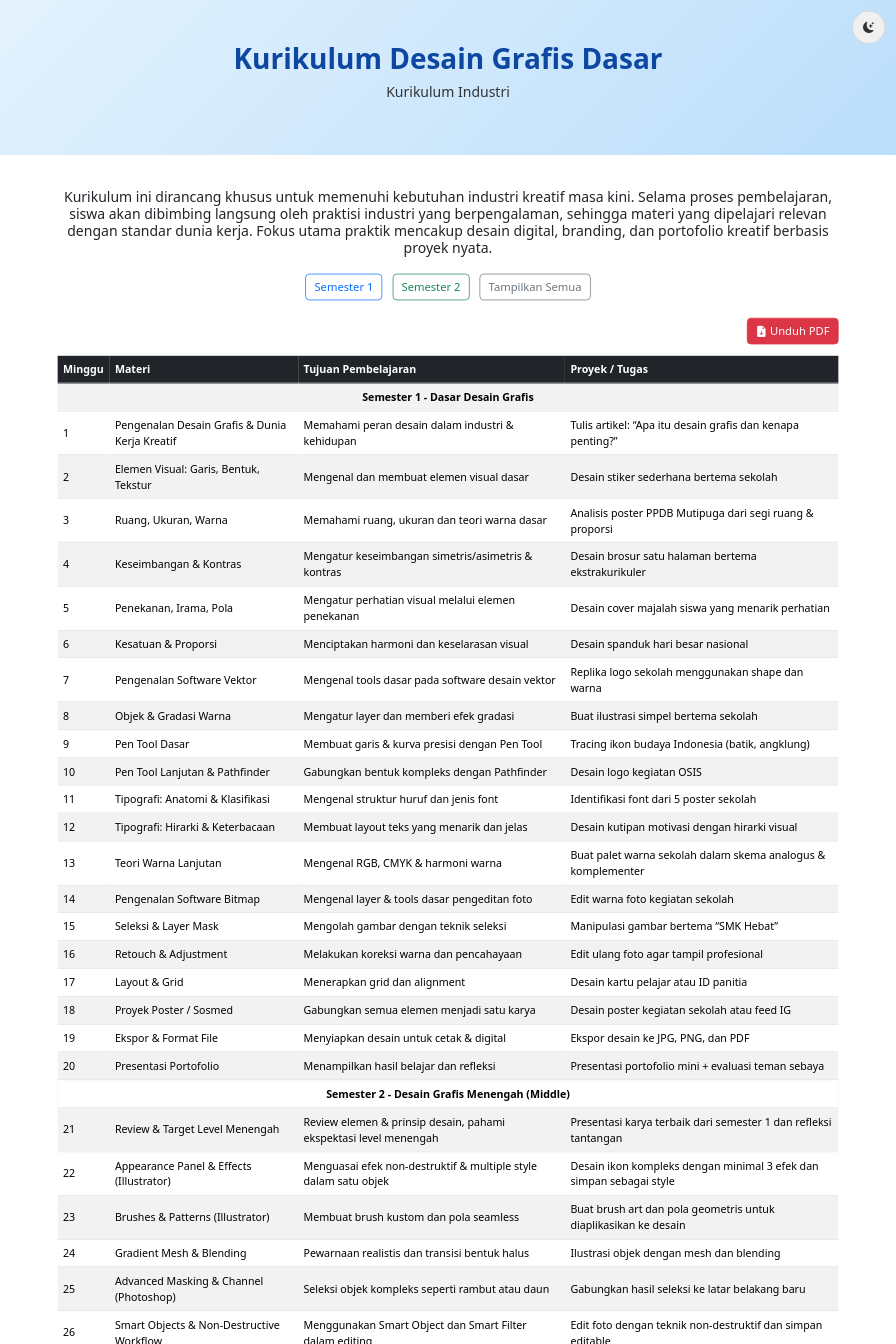
Repository: ppdbsmkmutipuga/kurikulumdesain
Page: index.html
These files come from the project's save history. The page is drawn as it stood at one moment and after the next save; the edit follows.
The browser window is 1280 px wide. The pictures show the part of the page from y = 0 to 1920 px (the page is 2901 px tall before and 2957 px after), at 70% of full size.

Above is the page before, as saved 2025-07-01 05:17:10.

### index.html
<!DOCTYPE html>
<html lang="id">

<head>
    <meta charset="UTF-8" />
    <meta name="viewport" content="width=device-width, initial-scale=1.0" />
    <title>Kurikulum Desain Grafis - SMK Mutipuga</title>
    <link href="https://cdn.jsdelivr.net/npm/bootstrap@5.3.3/dist/css/bootstrap.min.css" rel="stylesheet" />
    <link href="https://cdnjs.cloudflare.com/ajax/libs/aos/2.3.4/aos.css" rel="stylesheet" />
    <link href="https://cdn.jsdelivr.net/npm/bootstrap-icons@1.10.5/font/bootstrap-icons.css" rel="stylesheet">
    <link rel="stylesheet" href="style.css">
    <script src="https://cdnjs.cloudflare.com/ajax/libs/html2pdf.js/0.10.1/html2pdf.bundle.min.js"></script>

</head>

<body>
    <button class="btn btn-outline-dark mode-toggle" onclick="toggleMode()">
        <i class="bi bi-moon-stars-fill"></i>
    </button>

    <!-- Hero Section -->
    <section class="hero" data-aos="fade-down">
        <div class="container">
            <h1>Kurikulum Desain Grafis Dasar</h1>
            <p class="lead">Kurikulum Industri</p>
        </div>
    </section>

    <!-- Table Section -->
    <section class="container my-5" data-aos="fade-up">
        <h5 class="section-title text-center">
            Kurikulum ini dirancang khusus untuk memenuhi kebutuhan industri kreatif masa kini.
            Selama proses pembelajaran, siswa akan dibimbing langsung oleh praktisi industri yang berpengalaman,
            sehingga materi yang dipelajari relevan dengan standar dunia kerja.
            Fokus utama praktik mencakup desain digital, branding, dan portofolio kreatif berbasis proyek nyata.
        </h5>

        <div class="filter-buttons">
            <button class="btn btn-outline-primary" onclick="filterSemester(1)">Semester 1</button>
            <button class="btn btn-outline-success" onclick="filterSemester(2)">Semester 2</button>
            <button class="btn btn-outline-secondary" onclick="filterSemester(0)">Tampilkan Semua</button>
        </div>
        <div class="text-end my-3">
            <button class="btn btn-danger" onclick="downloadPDF()">
                <i class="bi bi-file-earmark-arrow-down-fill"></i> Unduh PDF
            </button>
        </div>

        <div id="pdf-content">
            <div class="table-container">
                <div class="table-responsive">
                    <table class="table table-striped table-hover align-middle mb-0" id="kurikulumTable">
                        <thead class="table-dark">
                            <tr>
                                <th scope="col">Minggu</th>
                                <th scope="col">Materi</th>
                                <th scope="col">Tujuan Pembelajaran</th>
                                <th scope="col">Proyek / Tugas</th>
                            </tr>
                        </thead>
                        <tbody>

                            <!-- Data rows akan di-load lewat JS -->
                        </tbody>
                    </table>
                </div>
            </div>
    </section>

    <!-- Footer -->
    <footer>
        &copy; 2025 SMK Muhammadiyah 3 Pucang Gading
    </footer>

    <!-- Scripts -->
    <script src="https://cdn.jsdelivr.net/npm/bootstrap@5.3.3/dist/js/bootstrap.bundle.min.js"></script>
    <script src="https://cdnjs.cloudflare.com/ajax/libs/aos/2.3.4/aos.js"></script>
    <script src="script.js"></script>
</body>

</html>

### style.css
/* =========================
   HERO SECTION
========================= */
.hero {
  padding: 60px 0;
  background: linear-gradient(135deg, #e3f2fd, #bbdefb);
  text-align: center;
}

.hero h1 {
  font-weight: 700;
  font-size: 2.5rem;
  color: #0d47a1;
}

.hero p {
  font-size: 1.25rem;
  color: #333;
}

body.bg-dark .hero {
  background: linear-gradient(135deg, #1e1e1e, #2c2c2c);
}

body.bg-dark .hero h1 {
  color: #90caf9;
}

body.bg-dark .hero p {
  color: #cccccc;
}

/* =========================
   FILTER BUTTONS
========================= */
.filter-buttons {
  text-align: center;
  margin: 20px 0;
}

.filter-buttons .btn {
  margin: 5px;
}

body.bg-dark .btn-outline-primary {
  color: #90caf9;
  border-color: #90caf9;
}

body.bg-dark .btn-outline-success {
  color: #81c784;
  border-color: #81c784;
}

body.bg-dark .btn-outline-secondary {
  color: #b0bec5;
  border-color: #b0bec5;
}

/* =========================
   TABLE SECTION
========================= */
.table-container {
  overflow-x: auto;
}

.table th,
.table td {
  vertical-align: middle !important;
  font-size: 0.95rem;
}

/* Baris header semester (custom row) */
.table .table-header-row {
  background-color: #cce5ff;
  font-weight: 600;
  text-align: center;
}

body.bg-dark .table .table-header-row {
  background-color: #2c3e50;
  color: #ffffff !important;
}

/* DARK MODE TABLE FIX */
body.bg-dark .table,
body.bg-dark .table td,
body.bg-dark .table th {
  color: #f1f1f1 !important;
  background-color: transparent !important;
  opacity: 1 !important;
}

body.bg-dark .table-striped tbody tr:nth-of-type(odd) {
  background-color: #2c2c2c !important;
}

body.bg-dark .table-striped tbody tr:nth-of-type(even) {
  background-color: #1a1a1a !important;
}

body.bg-dark .table-hover tbody tr:hover {
  background-color: #3a3a3a !important;
}

body.bg-dark .table thead th {
  background-color: #111 !important;
  color: #fff !important;
  border-color: #444 !important;
}

body.bg-dark .table-primary {
  background-color: #455a64 !important;
  color: #fff !important;
}

/* =========================
   FOOTER
========================= */
footer {
  padding: 20px;
  text-align: center;
  background-color: #f1f1f1;
  margin-top: 50px;
  font-size: 0.9rem;
  color: #333;
}

body.bg-dark footer {
  background-color: #1e1e1e;
  color: #e0e0e0;
}

/* =========================
   MODE TOGGLE BUTTON
========================= */
.mode-toggle {
  position: fixed;
  top: 15px;
  right: 15px;
  z-index: 1000;
  border-radius: 50%;
  width: 48px;
  height: 48px;
  display: flex;
  align-items: center;
  justify-content: center;
  background-color: #f0f0f0;
  color: #333;
  border: 1px solid #ccc;
}

/* Header tabel semester */
.table-header-row {
  background-color: #cce5ff;
  /* mode terang */
  color: #0d47a1;
}

/* Ubah header semester agar lebih gelap dan teks lebih jelas di dark mode */
body.bg-dark .table-header-row {
  background-color: #37474f;
  /* warna gelap yang elegan */
  color: #ffffff;
}

body.bg-dark .mode-toggle {
  background-color: #333;
  color: #fff;
  border: 1px solid #666;
}

/* Footer default */
footer {
  padding: 20px;
  text-align: center;
  background-color: #f1f1f1;
  margin-top: 50px;
  font-size: 0.9rem;
  color: #333;
}

/* Footer saat dark mode */
body.bg-dark footer {
  background-color: #1e1e1e;
  color: #ccc;
}


/* =========================
   RESPONSIVE
========================= */
@media (max-width: 768px) {
  .hero h1 {
    font-size: 1.8rem;
  }

  .hero p {
    font-size: 1rem;
  }

  .table th,
  .table td {
    font-size: 0.85rem;
  }
}

@media (max-width: 576px) {
  .mode-toggle {
    width: 40px;
    height: 40px;
  }

  .hero {
    padding: 40px 0;
  }
}

@media print {
  body {
    background: #fff !important;
    color: #000 !important;
  }

  .mode-toggle,
  .filter-buttons,
  footer {
    display: none !important;
  }

  .table th,
  .table td {
    font-size: 0.75rem;
  }
}

@media print {

  html,
  body {
    width: 210mm;
    height: 297mm;
    margin: 0;
    padding: 0;
    overflow: hidden;
    zoom: 0.75;
    /* Sesuaikan skala agar muat ke PDF */
  }

  .table-container {
    overflow: visible !important;
  }

  .table-responsive {
    overflow: visible !important;
  }

  table {
    table-layout: fixed;
    width: 100% !important;
    word-wrap: break-word;
  }

  .table td,
  .table th {
    font-size: 10pt !important;
    padding: 6px 8px;
    white-space: normal !important;
  }

  .filter-buttons,
  .mode-toggle,
  footer {
    display: none !important;
  }
}

### script.js
// Inisialisasi animasi AOS
AOS.init();

// Data lengkap Week 1–40
const tableData = [
    { week: 'Semester 1 - Dasar Desain Grafis', isHeader: true, semester: 1 },
    { week: 1, materi: 'Pengenalan Desain Grafis & Dunia Kerja Kreatif', tujuan: 'Memahami peran desain dalam industri & kehidupan', tugas: 'Tulis artikel: “Apa itu desain grafis dan kenapa penting?”', semester: 1 },
    { week: 2, materi: 'Elemen Visual: Garis, Bentuk, Tekstur', tujuan: 'Mengenal dan membuat elemen visual dasar', tugas: 'Desain stiker sederhana bertema sekolah', semester: 1 },
    { week: 3, materi: 'Ruang, Ukuran, Warna', tujuan: 'Memahami ruang, ukuran dan teori warna dasar', tugas: 'Analisis poster PPDB Mutipuga dari segi ruang & proporsi', semester: 1 },
    { week: 4, materi: 'Keseimbangan & Kontras', tujuan: 'Mengatur keseimbangan simetris/asimetris & kontras', tugas: 'Desain brosur satu halaman bertema ekstrakurikuler', semester: 1 },
    { week: 5, materi: 'Penekanan, Irama, Pola', tujuan: 'Mengatur perhatian visual melalui elemen penekanan', tugas: 'Desain cover majalah siswa yang menarik perhatian', semester: 1 },
    { week: 6, materi: 'Kesatuan & Proporsi', tujuan: 'Menciptakan harmoni dan keselarasan visual', tugas: 'Desain spanduk hari besar nasional', semester: 1 },
    { week: 7, materi: 'Pengenalan Software Vektor', tujuan: 'Mengenal tools dasar pada software desain vektor', tugas: 'Replika logo sekolah menggunakan shape dan warna', semester: 1 },
    { week: 8, materi: 'Objek & Gradasi Warna', tujuan: 'Mengatur layer dan memberi efek gradasi', tugas: 'Buat ilustrasi simpel bertema sekolah', semester: 1 },
    { week: 9, materi: 'Pen Tool Dasar', tujuan: 'Membuat garis & kurva presisi dengan Pen Tool', tugas: 'Tracing ikon budaya Indonesia (batik, angklung)', semester: 1 },
    { week: 10, materi: 'Pen Tool Lanjutan & Pathfinder', tujuan: 'Gabungkan bentuk kompleks dengan Pathfinder', tugas: 'Desain logo kegiatan OSIS', semester: 1 },
    { week: 11, materi: 'Tipografi: Anatomi & Klasifikasi', tujuan: 'Mengenal struktur huruf dan jenis font', tugas: 'Identifikasi font dari 5 poster sekolah', semester: 1 },
    { week: 12, materi: 'Tipografi: Hirarki & Keterbacaan', tujuan: 'Membuat layout teks yang menarik dan jelas', tugas: 'Desain kutipan motivasi dengan hirarki visual', semester: 1 },
    { week: 13, materi: 'Teori Warna Lanjutan', tujuan: 'Mengenal RGB, CMYK & harmoni warna', tugas: 'Buat palet warna sekolah dalam skema analogus & komplementer', semester: 1 },
    { week: 14, materi: 'Pengenalan Software Bitmap', tujuan: 'Mengenal layer & tools dasar pengeditan foto', tugas: 'Edit warna foto kegiatan sekolah', semester: 1 },
    { week: 15, materi: 'Seleksi & Layer Mask', tujuan: 'Mengolah gambar dengan teknik seleksi', tugas: 'Manipulasi gambar bertema “SMK Hebat”', semester: 1 },
    { week: 16, materi: 'Retouch & Adjustment', tujuan: 'Melakukan koreksi warna dan pencahayaan', tugas: 'Edit ulang foto agar tampil profesional', semester: 1 },
    { week: 17, materi: 'Layout & Grid', tujuan: 'Menerapkan grid dan alignment', tugas: 'Desain kartu pelajar atau ID panitia', semester: 1 },
    { week: 18, materi: 'Proyek Poster / Sosmed', tujuan: 'Gabungkan semua elemen menjadi satu karya', tugas: 'Desain poster kegiatan sekolah atau feed IG', semester: 1 },
    { week: 19, materi: 'Ekspor & Format File', tujuan: 'Menyiapkan desain untuk cetak & digital', tugas: 'Ekspor desain ke JPG, PNG, dan PDF', semester: 1 },
    { week: 20, materi: 'Presentasi Portofolio', tujuan: 'Menampilkan hasil belajar dan refleksi', tugas: 'Presentasi portofolio mini + evaluasi teman sebaya', semester: 1 },
    { week: 'Semester 2 - Desain Grafis Menengah (Middle)', isHeader: true, semester: 2 },
    { week: 21, materi: 'Review & Target Level Menengah', tujuan: 'Review elemen & prinsip desain, pahami ekspektasi level menengah', tugas: 'Presentasi karya terbaik dari semester 1 dan refleksi tantangan', semester: 2 },
    { week: 22, materi: 'Appearance Panel & Effects (Illustrator)', tujuan: 'Menguasai efek non-destruktif & multiple style dalam satu objek', tugas: 'Desain ikon kompleks dengan minimal 3 efek dan simpan sebagai style', semester: 2 },
    { week: 23, materi: 'Brushes & Patterns (Illustrator)', tujuan: 'Membuat brush kustom dan pola seamless', tugas: 'Buat brush art dan pola geometris untuk diaplikasikan ke desain', semester: 2 },
    { week: 24, materi: 'Gradient Mesh & Blending', tujuan: 'Pewarnaan realistis dan transisi bentuk halus', tugas: 'Ilustrasi objek dengan mesh dan blending', semester: 2 },
    { week: 25, materi: 'Advanced Masking & Channel (Photoshop)', tujuan: 'Seleksi objek kompleks seperti rambut atau daun', tugas: 'Gabungkan hasil seleksi ke latar belakang baru', semester: 2 },
    { week: 26, materi: 'Smart Objects & Non-Destructive Workflow', tujuan: 'Menggunakan Smart Object dan Smart Filter dalam editing', tugas: 'Edit foto dengan teknik non-destruktif dan simpan editable', semester: 2 },
    { week: 27, materi: 'Compositing & Manipulasi Foto', tujuan: 'Gabungkan beberapa gambar menjadi satu komposisi yang harmonis', tugas: 'Buat karya bertema surealis/fantasi dengan minimal 3 gambar', semester: 2 },
    { week: 28, materi: 'Font Pairing & Hirarki Tipografi Lanjut', tujuan: 'Gunakan kombinasi font yang efektif dan hirarki teks yang kompleks', tugas: 'Desain halaman majalah atau web dengan 3 level teks dan font pairing', semester: 2 },
    { week: 29, materi: 'Typographic Grid & Readability', tujuan: 'Menggunakan grid dan memahami keterbacaan teks panjang', tugas: 'Rancang ulang artikel agar lebih rapi dan nyaman dibaca', semester: 2 },
    { week: 30, materi: 'Psikologi Warna & Palet Kustom', tujuan: 'Pahami pengaruh warna terhadap persepsi', tugas: 'Buat 2 palet warna untuk brand fiktif, berikan justifikasi', semester: 2 },
    { week: 31, materi: 'Logo & Identitas Visual Dasar', tujuan: 'Pahami jenis-jenis logo dan elemen visual', tugas: 'Analisis logo UKM lokal dan berikan saran pengembangan', semester: 2 },
    { week: 32, materi: 'Logo Variasi & Style Guide Dasar', tujuan: 'Desain versi logo berbeda dan panduan penggunaannya', tugas: 'Buat minimal 3 versi logo + 1 halaman style guide sederhana', semester: 2 },
    { week: 33, materi: 'InDesign: Master Pages', tujuan: 'Mengenal interface dan penggunaan master page', tugas: 'Desain dokumen 4 halaman dengan elemen tetap', semester: 2 },
    { week: 34, materi: 'InDesign: Styles & Text Flow', tujuan: 'Membuat paragraph styles dan mengatur aliran teks', tugas: 'Desain artikel dummy dengan text threading dan paragraph styles', semester: 2 },
    { week: 35, materi: 'UI/UX Design Principles', tujuan: 'Memahami prinsip dasar usability dan perbedaan UI/UX', tugas: 'Analisis aplikasi populer dan evaluasi prinsip usability-nya', semester: 2 },
    { week: 36, materi: 'Desain Elemen UI Dasar', tujuan: 'Desain tombol, form, dan komponen lain dengan berbagai state', tugas: 'Buat set UI: tombol, form, card dengan tampilan konsisten', semester: 2 },
    { week: 37, materi: 'Brief, Riset & Moodboard', tujuan: 'Menganalisis brief dan membuat visual moodboard', tugas: 'Buat moodboard untuk proyek branding fiktif', semester: 2 },
    { week: 38, materi: 'Proyek Integratif', tujuan: 'Menggabungkan semua skill dalam satu proyek besar', tugas: 'Lanjutkan proyek branding/brosur/UI berdasarkan brief', semester: 2 },
    { week: 39, materi: 'Print & Web Optimization', tujuan: 'Optimalkan file desain untuk cetak dan web', tugas: 'Ekspor proyek ke versi cetak (PDF) dan digital (JPG/PNG)', semester: 2 },
    { week: 40, materi: 'Portfolio Review & Karir', tujuan: 'Review proyek akhir dan diskusi karir desain', tugas: 'Presentasikan proyek akhir + 3–5 karya untuk portofolio mini', semester: 2 },
];

const tbody = document.querySelector('#kurikulumTable tbody');

function renderTable(filter) {
    tbody.innerHTML = '';
    let hasPrintedSemester1Header = false;
    let hasPrintedSemester2Header = false;
    tableData.forEach(row => {
        if (filter === 0 || row.semester === filter || row.isHeader) {
            if (row.isHeader) {
                if ((filter === 1 && row.semester === 1 && !hasPrintedSemester1Header) ||
                    (filter === 2 && row.semester === 2 && !hasPrintedSemester2Header) ||
                    filter === 0) {
                    const tr = document.createElement('tr');
                    tr.className = 'table-header-row text-center fw-bold';
                    const td = document.createElement('td');
                    td.setAttribute('colspan', 4);
                    td.textContent = row.week;
                    tr.appendChild(td);
                    tbody.appendChild(tr);
                    if (row.semester === 1) hasPrintedSemester1Header = true;
                    if (row.semester === 2) hasPrintedSemester2Header = true;
                }
            } else {
                if (filter === 0 || row.semester === filter) {
                    const tr = document.createElement('tr');
                    tr.innerHTML = `
            <td>${row.week}</td>
            <td>${row.materi}</td>
            <td>${row.tujuan}</td>
            <td>${row.tugas}</td>
          `;
                    tbody.appendChild(tr);
                }
            }
        }
    });
}

function filterSemester(semester) {
    renderTable(semester);
}

function toggleMode() {
    document.body.classList.toggle('bg-dark');
    document.body.classList.toggle('text-white');
}

renderTable(0);


function downloadPDF() {
    const element = document.getElementById("pdf-content");
    const opt = {
        margin: 0.2,
        filename: "kurikulum-desain-grafis.pdf",
        image: { type: "jpeg", quality: 0.98 },
        html2canvas: {
            scale: 3,        // Lebih tajam
            useCORS: true,   // Jika ada gambar
            allowTaint: true
        },
        jsPDF: {
            unit: "mm",
            format: "a4",
            orientation: "portrait"
        },
        pagebreak: { mode: ['avoid-all', 'css', 'legacy'] }
    };
    html2pdf().set(opt).from(element).save();
}

After the next save:
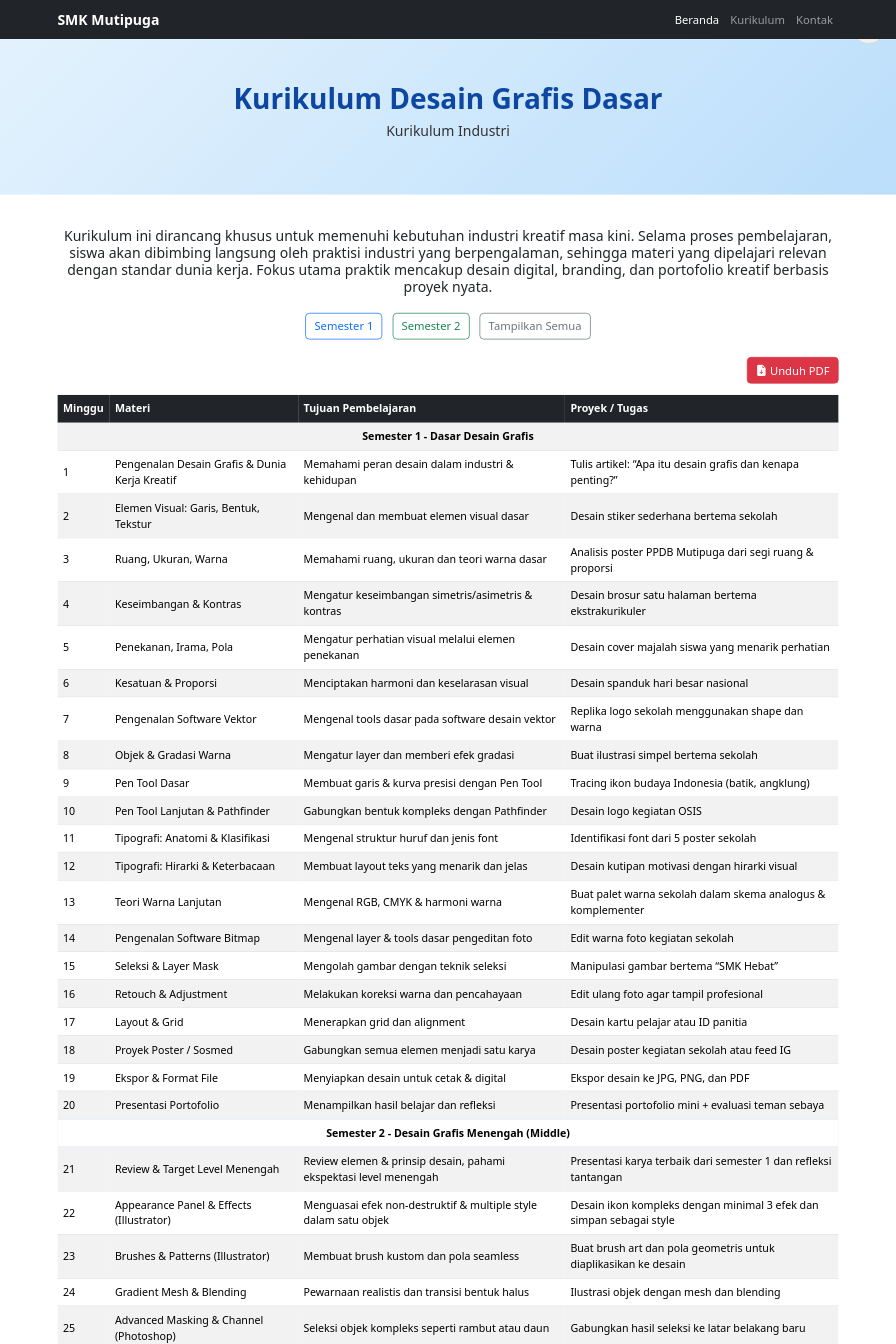
Saved 2 min 51 s later.
--- a/index.html
+++ b/index.html
@@ -14,6 +14,30 @@
 </head>
 
 <body>
+    <!-- Tambahkan di dalam <body>, tepat setelah tag <body> -->
+    <nav class="navbar navbar-expand-lg navbar-dark bg-dark sticky-top">
+        <div class="container">
+            <a class="navbar-brand fw-bold" href="#">SMK Mutipuga</a>
+            <button class="navbar-toggler" type="button" data-bs-toggle="collapse" data-bs-target="#navMenu"
+                aria-controls="navMenu" aria-expanded="false" aria-label="Toggle navigation">
+                <span class="navbar-toggler-icon"></span>
+            </button>
+            <div class="collapse navbar-collapse" id="navMenu">
+                <ul class="navbar-nav ms-auto mb-2 mb-lg-0">
+                    <li class="nav-item">
+                        <a class="nav-link active" href="#">Beranda</a>
+                    </li>
+                    <li class="nav-item">
+                        <a class="nav-link" href="#pdf-content">Kurikulum</a>
+                    </li>
+                    <li class="nav-item">
+                        <a class="nav-link" href="#footer">Kontak</a>
+                    </li>
+                </ul>
+            </div>
+        </div>
+    </nav>
+
     <button class="btn btn-outline-dark mode-toggle" onclick="toggleMode()">
         <i class="bi bi-moon-stars-fill"></i>
     </button>
